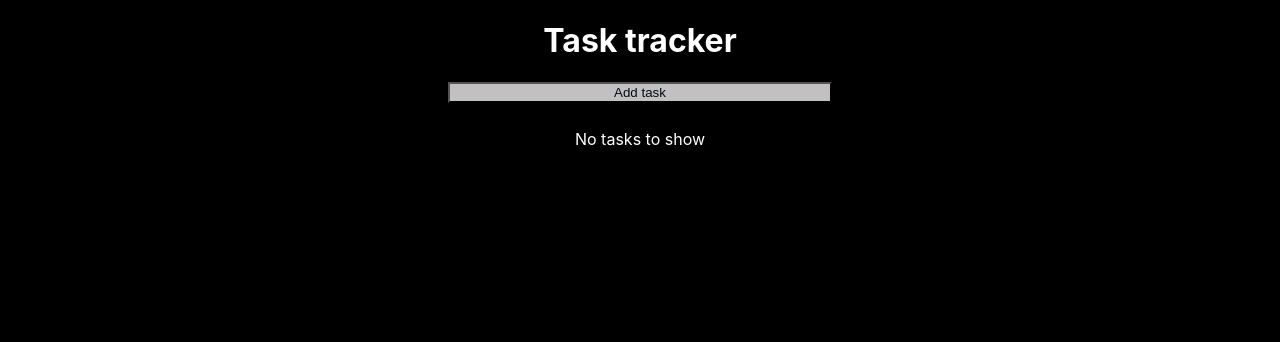
Repository: roscaImarius/task-tracker-react
Page: /
These files come from the project's save history. The page is drawn as it stood at one moment and after the next save; the edit follows.
The browser window is 1280 px wide. The pictures show the whole page.
The project was rebuilt for these pictures with package versions that can differ from the ones it lists, and the page was loaded fresh each time. Requests to the local data server were answered from the project's data file. Also part of the build but not shown: src/components/AddTask.js.

Above is the page before, as saved 2021-03-31 14:25:24.

### src/App.js
import "./App.css";
import Header from "./components/Header";
import React, { useState, useEffect } from "react";

function App() {
  const [showAdd, setShowAdd] = useState(false);
  const [tasks, setTasks] = useState([]);

  useEffect(() => {
    const fetchTasks = async () => {
      const res = await fetch("http://localhost:5000/tasks");
      const data = await res.json();
      console.log(data);
    };

    fetchTasks();
  }, []);

  // show add form
  const onClickAdd = () => {
    setShowAdd(!showAdd);
  };

  // save task
  const onSaveTask = (task) => {
    let randId = new Date().getTime();
    const newTask = { id: randId, ...task };
    console.log(newTask);
    setTasks([...tasks, newTask]);
    setShowAdd(false);
  };

  //delete task
  const onDelete = (id) => {
    setTasks(tasks.filter((t) => t.id !== id));
  };
  // Mark task
  const onDubleClick = (id) => {
    setTasks(
      tasks.map((task) =>
        task.id === id ? { ...task, reminder: !task.reminder } : task
      )
    );
  };
  return (
    <div className="App">
      <Header
        showAdd={showAdd}
        setShowAdd={setShowAdd}
        title={"Task tracker"}
        onDelete={onDelete}
        onSaveTask={onSaveTask}
        onClickAdd={onClickAdd}
        onDubleClick={onDubleClick}
        tasks={tasks}
      />
      {tasks.length === 0 ? <p>No tasks to show</p> : null}
    </div>
  );
}

export default App;

### src/App.css
.App {
  text-align: center;
}
body {
  background-color: black;
  color: white;
}

/* HEADER */
.header-container {
  display: flex;
  flex-direction: column;
}
.add-btn {
  background-color: black;
  color: rgb(2, 13, 22);
  margin: auto;
  width: 30%;
}
.task {
  display: flex;
  justify-content: space-between;
  padding-left: 20px;
  margin: auto;
  line-height: 5px;
  margin-bottom: 5px;
  border: 1px solid rgb(204, 186, 186);
  width: 80%;
  text-align: start;
}
.x {
  margin-right: 10px;
  color: rgb(82, 201, 67);
  margin: auto 5px;
  cursor: pointer;
  padding: 5px;
}
.marked {
  background-color: rgba(161, 236, 100, 0.5);
}
/* FORM */
.form-field {
  margin: 0 auto;
  display: flex;
  flex-direction: column;
  text-align: start;
  width: 80%;
  box-sizing: border-box;
}
.form-container {
  margin: auto;
  width: 70%;
  display: inline-block;
  padding: 10px;
  border: 1px solid gray;
  margin-bottom: 10px;
}
.saveTask {
  background-color: rgb(194, 192, 192);
}
input {
  background-color: rgb(209, 206, 206);
}

### src/components/Header.js
import React from "react";
import PropTypes from "prop-types";
import Tasks from "./Tasks";
import Button from "./Button";
import AddTask from "./AddTask";

const Header = ({
  title,
  onClickAdd,
  onDelete,
  onSaveTask,
  onDubleClick,
  tasks,
  showAdd,
  setShowAdd,
}) => {
  return (
    <header className="header-container">
      <h1>{title}</h1>
      <Button
        onClick={onClickAdd}
        showAdd={showAdd}
        setShowAdd={setShowAdd}
        // color={showAdd? 'green' : 'red'}
      />
      {showAdd && <AddTask onSaveTask={onSaveTask} />}
      <Tasks onDelete={onDelete} onDubleClick={onDubleClick} tasks={tasks} />
    </header>
  );
};

Header.defaultProps = {
  title: "Task tracker",
};

Header.propTypes = {
  title: PropTypes.string.isRequired,
};

export default Header;

### src/components/Tasks.js
import React from "react";
import Task from "./Task";

const Tasks = ({ tasks, onDubleClick, onDelete }) => {
  return (
    <div>
      {tasks.map((t) => (
        <Task
          key={t.id}
          onDubleClick={onDubleClick}
          onDelete={onDelete}
          t={t}
        />
      ))}
    </div>
  );
};

export default Tasks;

### src/components/Button.js
import React from "react";

const Button = ({ color, showAdd, onClick }) => {
  return (
    <button
      onClick={onClick}
      style={{ backgroundColor: color, marginBottom: "10px" }}
      className="add-btn"
    >
      {showAdd ? "Cancel add task " : "Add task"}
    </button>
  );
};
Button.defaultProps = {
  color: " rgb(194, 192, 192)",
};

export default Button;

### db.json
{
  "tasks": [
 {
     " id": 1,
      "text": "Go to doctor",
      "day": "Jan 15th at 12:30am",
      "reminder": false
    },
    {
      "id": 2,
      "text": "Walk the dog",
      "day": "Dec 8th at 4:10am",
      "reminder": true
    },
    {
      "id": 3,
      "text": "Die",
      "day": "Feb 5th at 2:30am",
      "reminder": true
    }

  ]
}

### src/components/Task.js
import React from "react";
import { FaTimes } from "react-icons/fa";

const Task = ({ t, onDubleClick, onDelete }) => {
  return (
    <div
      className={`task ${t.reminder ? "marked " : ""}`}
      onDoubleClick={() => onDubleClick(t.id)}
    >
      <div>
        <p>{t.text}</p>
        <p>{t.day}</p>
      </div>
      <FaTimes className="x" onClick={() => onDelete(t.id)} />
    </div>
  );
};

export default Task;

Loaded but not shown: public/index.html (common file); src/index.js (common file); src/index.css (common file); src/reportWebVitals.js (common file)

After the next save:
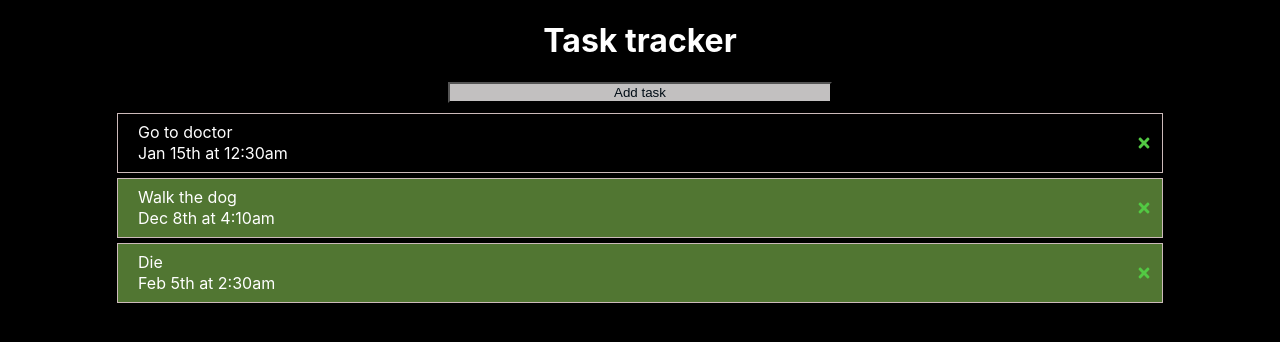
Saved 2 min 28 s later.
--- a/src/App.js
+++ b/src/App.js
@@ -7,15 +7,21 @@ function App() {
   const [tasks, setTasks] = useState([]);
 
   useEffect(() => {
-    const fetchTasks = async () => {
-      const res = await fetch("http://localhost:5000/tasks");
-      const data = await res.json();
-      console.log(data);
+    const getTasks = async () => {
+      const tasksFromServer = await fetchTasks();
+      setTasks(tasksFromServer);
     };
 
-    fetchTasks();
+    getTasks();
   }, []);
 
+  //fetch tasks
+  const fetchTasks = async () => {
+    const res = await fetch("http://localhost:5000/tasks");
+    const data = await res.json();
+
+    return data;
+  };
   // show add form
   const onClickAdd = () => {
     setShowAdd(!showAdd);
